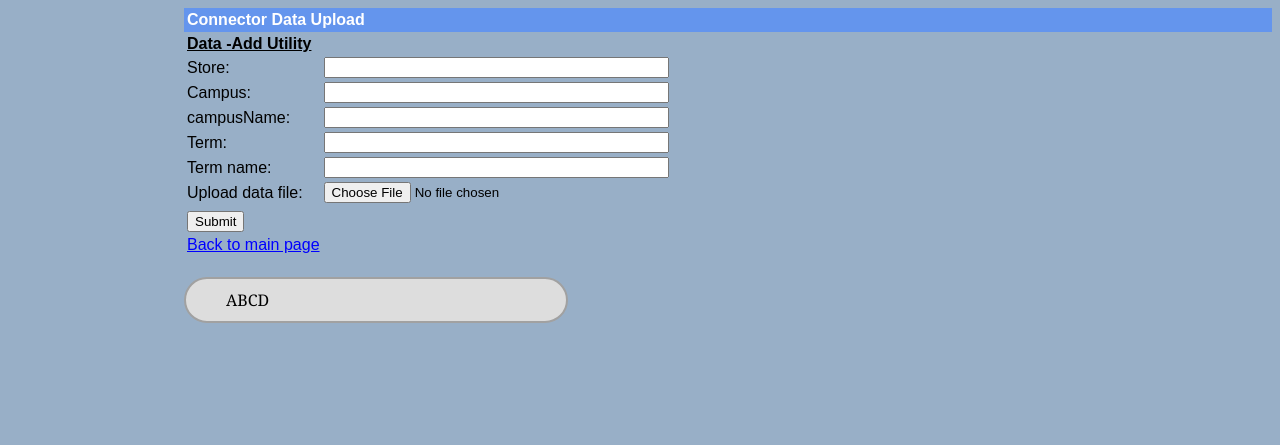
Repository: caditya/Dataupload
Page: http://localhost/connectordata/WEB-INF/views/datainput.jsp
The author's editor kept a copy of each file at every save. The page is drawn from the files as they stood at one save, then again after the next save.
The browser window is 1280 px wide. The pictures show the whole page.
Some web libraries are served in a nearby version. The page is served by Tomcat 9. Nobody is signed in. The template is opened directly, without the code that normally fills it, so the values that code supplies are empty.

Above is the page before, as saved 2014-07-21 19:41:23.

After the next save:
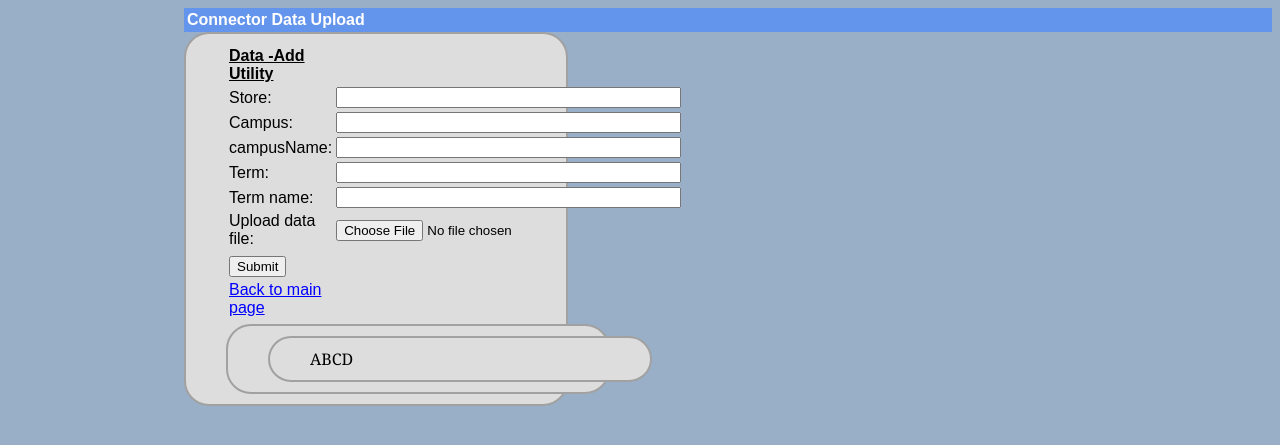
Saved 38 s later.
--- a/QAFileUpload/connectordata/src/main/webapp/WEB-INF/views/datainput.jsp
+++ b/QAFileUpload/connectordata/src/main/webapp/WEB-INF/views/datainput.jsp
@@ -80,6 +80,7 @@ function createstart(){
 
 	<form:form method="POST" commandName="dataBlock" action="/connector/startfile" enctype="multipart/form-data">
 		<form:errors path="*" cssClass="errorblock" element="div" />
+	 <div>
 	 <table>
 		<tr>
 				<td><b><u>Data -Add Utility</u></b></td>
@@ -134,6 +135,7 @@ function createstart(){
 		</tr>
 
 		</table>
+	<div>
 	</form:form>
 
 	<div >
